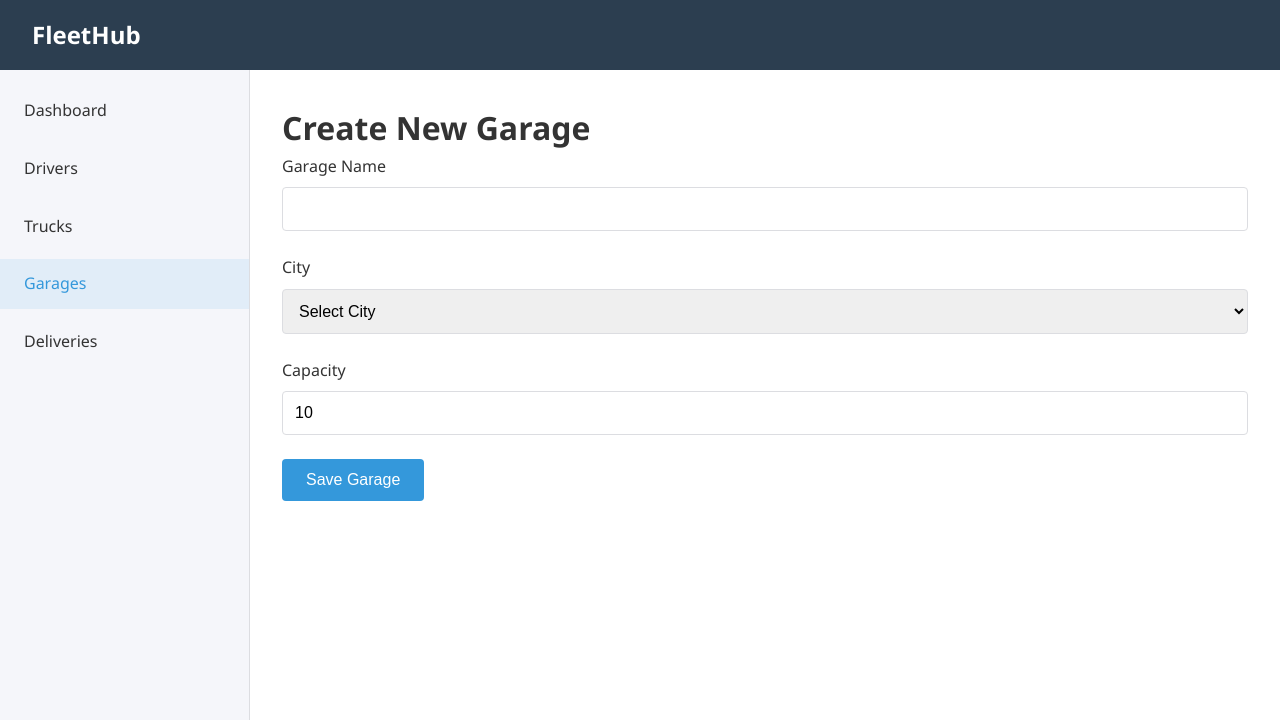
Repository: fevren2001/fleethub
Page: /garages/create (app in fleethub-frontend/)
These files come from the project's save history. The page is drawn as it stood at one moment and after the next save; the edit follows.
The browser window is 1280 px wide. The pictures show the whole page.
The page's requests for data from a server got no answer. The project was rebuilt for these pictures with package versions that can differ from the ones it lists, and the page was loaded fresh each time. No one was signed in, and anything a server would have sent is missing. Also part of the build but not shown: fleethub-frontend/vite.config.ts, fleethub-frontend/src/components/common/ProtectedRoute.tsx, fleethub-frontend/src/pages/Login.tsx, fleethub-frontend/src/api/deliveries.ts, fleethub-frontend/src/pages/Dashboard.tsx, fleethub-frontend/src/api/drivers.ts, fleethub-frontend/src/pages/Drivers/DriversList.tsx, fleethub-frontend/src/pages/Drivers/DriverDetail.tsx and 13 more.

Above is the page before, as saved 2025-07-21 23:16:28.

### fleethub-frontend/src/index.css
/* src/index.css */
:root {
  --primary-color: #2c3e50;
  --secondary-color: #3498db;
  --accent-color: #e74c3c;
  --text-color: #333;
  --light-bg: #f5f6fa;
  --border-color: #dcdde1;
}

* {
  margin: 0;
  padding: 0;
  box-sizing: border-box;
}

body {
  font-family: "Segoe UI", Tahoma, Geneva, Verdana, sans-serif;
  color: var(--text-color);
  line-height: 1.6;
}

/* Layout */
.app-container {
  display: flex;
  flex-direction: column;
  min-height: 100vh;
}

.navbar {
  background-color: var(--primary-color);
  color: white;
  padding: 1rem 2rem;
  display: flex;
  justify-content: space-between;
  align-items: center;
}

.navbar-brand a {
  color: white;
  font-size: 1.5rem;
  font-weight: bold;
  text-decoration: none;
}

.content-container {
  display: flex;
  flex: 1;
}

.sidebar {
  width: 250px;
  background-color: var(--light-bg);
  border-right: 1px solid var(--border-color);
  padding: 1rem 0;
}

.sidebar-menu {
  list-style: none;
}

.sidebar-menu li {
  margin-bottom: 0.5rem;
}

.sidebar-menu a {
  display: block;
  padding: 0.75rem 1.5rem;
  color: var(--text-color);
  text-decoration: none;
  transition: background-color 0.2s;
}

.sidebar-menu a:hover,
.sidebar-menu a.active {
  background-color: rgba(52, 152, 219, 0.1);
  color: var(--secondary-color);
}

.main-content {
  flex: 1;
  padding: 2rem;
  background-color: white;
}

/* Forms */
.form-group {
  margin-bottom: 1.5rem;
}

.form-group label {
  display: block;
  margin-bottom: 0.5rem;
  font-weight: 500;
}

.form-group input,
.form-group select,
.form-group textarea {
  width: 100%;
  padding: 0.75rem;
  border: 1px solid var(--border-color);
  border-radius: 4px;
  font-size: 1rem;
}

button {
  background-color: var(--secondary-color);
  color: white;
  border: none;
  padding: 0.75rem 1.5rem;
  border-radius: 4px;
  cursor: pointer;
  font-size: 1rem;
  transition: background-color 0.2s;
}

button:hover {
  background-color: #2980b9;
}

button:disabled {
  background-color: #95a5a6;
  cursor: not-allowed;
}

/* Tables */
.table-container {
  overflow-x: auto;
}

.data-table {
  width: 100%;
  border-collapse: collapse;
}

.data-table th,
.data-table td {
  padding: 0.75rem 1rem;
  text-align: left;
  border-bottom: 1px solid var(--border-color);
}

.data-table th {
  background-color: var(--light-bg);
  font-weight: 600;
}

/* Status badges */
.status-badge {
  display: inline-block;
  padding: 0.25rem 0.5rem;
  border-radius: 4px;
  font-size: 0.875rem;
  font-weight: 500;
}

.status-available {
  background-color: #2ecc71;
  color: white;
}

.status-on_delivery {
  background-color: #f39c12;
  color: white;
}

.status-off_duty {
  background-color: #95a5a6;
  color: white;
}

.status-inactive {
  background-color: #e74c3c;
  color: white;
}

/* Action buttons */
.action-button {
  display: inline-block;
  padding: 0.25rem 0.5rem;
  margin-right: 0.5rem;
  border-radius: 4px;
  text-decoration: none;
  font-size: 0.875rem;
}

.action-button.view {
  background-color: var(--secondary-color);
  color: white;
}

.action-button.edit {
  background-color: #f39c12;
  color: white;
}

/* Page header */
.page-header {
  display: flex;
  justify-content: space-between;
  align-items: center;
  margin-bottom: 2rem;
}

.add-button {
  background-color: var(--secondary-color);
  color: white;
  text-decoration: none;
  padding: 0.5rem 1rem;
  border-radius: 4px;
}

/* Login page */
.login-container {
  display: flex;
  justify-content: center;
  align-items: center;
  min-height: 100vh;
  background-color: var(--light-bg);
}

.login-form {
  background-color: white;
  padding: 2rem;
  border-radius: 8px;
  box-shadow: 0 4px 6px rgba(0, 0, 0, 0.1);
  width: 100%;
  max-width: 400px;
}

.login-form h1 {
  margin-bottom: 1.5rem;
  text-align: center;
}

.login-button {
  width: 100%;
  margin-top: 1rem;
}

/* Dashboard */
.stats-container {
  display: grid;
  grid-template-columns: repeat(auto-fill, minmax(250px, 1fr));
  gap: 1.5rem;
  margin-bottom: 2rem;
}

.stat-card {
  background-color: white;
  padding: 1.5rem;
  border-radius: 8px;
  box-shadow: 0 2px 4px rgba(0, 0, 0, 0.1);
}

.stat-card h3 {
  font-size: 1rem;
  color: #7f8c8d;
  margin-bottom: 0.5rem;
}

.stat-value {
  font-size: 2rem;
  font-weight: bold;
  color: var(--secondary-color);
}

/* Error message */
.error-message {
  background-color: #fadbd8;
  color: #c0392b;
  padding: 0.75rem;
  border-radius: 4px;
  margin-bottom: 1rem;
}

### fleethub-frontend/src/App.tsx
import React from 'react';
import { BrowserRouter, Routes, Route, Navigate } from 'react-router-dom';
import { AuthProvider } from './context/AuthContext';
import ProtectedRoute from './components/common/ProtectedRoute';

// Pages
import Login from './pages/Login';
import Dashboard from './pages/Dashboard';

// Driver Pages
import DriversList from './pages/Drivers/DriversList';
import DriverDetail from './pages/Drivers/DriverDetail';
import CreateDriver from './pages/Drivers/CreateDriver';
import DriverEdit from './pages/Drivers/DriverEdit';

// Truck Pages
import TrucksList from './pages/Trucks/TrucksList';
import TruckDetail from './pages/Trucks/TruckDetail';
import CreateTruck from './pages/Trucks/CreateTruck';
import TruckEdit from './pages/Trucks/TruckEdit';

// Garage Pages
import GaragesList from './pages/Garages/GaragesList';
import GarageDetail from './pages/Garages/GarageDetail';
import CreateGarage from './pages/Garages/CreateGarage';
import GarageEdit from './pages/Garages/GarageEdit';

// Deliveries Page
import DeliveriesList from './pages/Deliveries/DeliveriesList';

function App() {
  return (
    <AuthProvider>
      <BrowserRouter>
        <Routes>
          <Route path="/login" element={<Login />} />

          <Route path="/" element={
            <ProtectedRoute>
              <Dashboard />
            </ProtectedRoute>
          } />

          {/* Driver Routes */}
          <Route path="/drivers" element={<DriversList />} />
          <Route path="/drivers/new" element={<CreateDriver />} />
          <Route path="/drivers/:id" element={<DriverDetail />} />
          <Route path="/drivers/:id/edit" element={<DriverEdit />} />

          {/* Truck Routes */}
          <Route path="/trucks" element={<TrucksList />} />
          {/* <Route path="/trucks/create" element={<CreateTruck />} /> */}
          <Route path="/trucks/new" element={<CreateTruck />} />

          <Route path="/trucks/:id" element={<TruckDetail />} />
          <Route path="/trucks/edit/:id" element={<TruckEdit />} />

          {/* Garage Routes */}
          <Route path="/garages" element={<GaragesList />} />
          <Route path="/garages/create" element={<CreateGarage />} />
          <Route path="/garages/:id" element={<GarageDetail />} />
          <Route path="/garages/edit/:id" element={<GarageEdit />} />

          {/* Deliveries Route */}
          <Route path="/deliveries" element={<DeliveriesList />} />

          <Route path="*" element={<Navigate to="/" replace />} />
        </Routes>
      </BrowserRouter>
    </AuthProvider>
  );
}

export default App;

### fleethub-frontend/src/context/AuthContext.tsx
// src/context/AuthContext.tsx
import React, { createContext, useState, useEffect } from 'react';
import { login as apiLogin, getCurrentUser } from '../api/auth';

interface AuthContextType {
  user: any | null;
  isAuthenticated: boolean;
  isLoading: boolean;
  login: (email: string, password: string) => Promise<void>;
  logout: () => void;
}

export const AuthContext = createContext<AuthContextType>({} as AuthContextType);

export const AuthProvider: React.FC<{children: React.ReactNode}> = ({ children }) => {
  const [user, setUser] = useState<any | null>(null);
  const [isLoading, setIsLoading] = useState(true);

  useEffect(() => {
    const checkAuth = async () => {
      const token = localStorage.getItem('token');
      if (token) {
        try {
          const userData = await getCurrentUser();
          setUser(userData);
        } catch (error) {
          localStorage.removeItem('token');
        }
      }
      setIsLoading(false);
    };

    checkAuth();
  }, []);

  const login = async (email: string, password: string) => {
    setIsLoading(true);
    try {
      const { token, user } = await apiLogin({ email, password });
      localStorage.setItem('token', token);
      setUser(user);
    } finally {
      setIsLoading(false);
    }
  };

  const logout = () => {
    localStorage.removeItem('token');
    setUser(null);
  };

  return (
    <AuthContext.Provider value={{ user, isAuthenticated: !!user, isLoading, login, logout }}>
      {children}
    </AuthContext.Provider>
  );
};

### fleethub-frontend/src/pages/Garages/CreateGarage.tsx
import React, { useState } from 'react';
import { useNavigate } from 'react-router-dom';
import GarageForm from '../../components/garages/GarageForm';
import { createGarage } from '../../api/garages';
import { GarageFormData } from '../../types/garage';
import MainLayout from '../../components/common/MainLayout';

const CreateGarage: React.FC = () => {
  const navigate = useNavigate();
  const [isSubmitting, setIsSubmitting] = useState(false);
  const [error, setError] = useState<string | null>(null);

  const handleSubmit = async (data: GarageFormData) => {
    setIsSubmitting(true);
    setError(null);

    try {
      await createGarage(data);
      navigate('/garages');
    } catch (err) {
      console.error('Failed to create garage:', err);
      setError('Failed to create garage. Please try again.');
    } finally {
      setIsSubmitting(false);
    }
  };

  return (
    <MainLayout>
      <div className="create-garage-container">
        <h1>Create New Garage</h1>
        {error && <div className="error-message">{error}</div>}
        <GarageForm onSubmit={handleSubmit} isSubmitting={isSubmitting} />
      </div>
    </MainLayout>
  );
};

export default CreateGarage;

### fleethub-frontend/src/api/auth.ts
// src/api/auth.ts
import apiClient from './apiClient';

export interface LoginCredentials {
  email: string;
  password: string;
}

export interface AuthResponse {
  token: string;
  user: any;
}

export const login = async (credentials: LoginCredentials): Promise<AuthResponse> => {
  const response = await apiClient.post<AuthResponse>('/auth/login', credentials);
  return response.data;
};

export const register = async (userData: any): Promise<AuthResponse> => {
  const response = await apiClient.post<AuthResponse>('/auth/register', userData);
  return response.data;
};

export const getCurrentUser = async (): Promise<any> => {
  const response = await apiClient.get('/auth/me');
  return response.data;
};

### fleethub-frontend/src/hooks/useAuth.ts
// src/hooks/useAuth.ts
import { useContext } from 'react';
import { AuthContext } from '../context/AuthContext';

export const useAuth = () => {
  const context = useContext(AuthContext);
  if (context === undefined) {
    throw new Error('useAuth must be used within an AuthProvider');
  }
  return context;
};

### fleethub-frontend/src/components/common/MainLayout.tsx
// src/components/common/MainLayout.tsx
import React from 'react';
import Navbar from './Navbar';
import Sidebar from './Sidebar';

interface MainLayoutProps {
  children: React.ReactNode;
}

const MainLayout: React.FC<MainLayoutProps> = ({ children }) => {
  return (
    <div className="app-container">
      <Navbar />
      <div className="content-container">
        <Sidebar />
        <main className="main-content">
          {children}
        </main>
      </div>
    </div>
  );
};

export default MainLayout;

### fleethub-frontend/src/api/garages.ts
import apiClient from './apiClient';
import { Garage, CreateGaragePayload, UpdateGaragePayload } from '../types/garage';

export const getAllGarages = async (): Promise<Garage[]> => {
  const response = await apiClient.get<Garage[]>('/garages');
  return response.data;
};

export const getGarageById = async (id: string): Promise<Garage> => {
  const response = await apiClient.get<Garage>(`/garages/${id}`);
  return response.data;
};

export const createGarage = async (garageData: CreateGaragePayload): Promise<Garage> => {
  // Ensure city is set from location if not provided
  const payload = {
    ...garageData,
    city: garageData.city || garageData.location
  };
  const response = await apiClient.post<Garage>('/garages', payload);
  return response.data;
};

export const updateGarage = async (id: number, garageData: UpdateGaragePayload): Promise<Garage> => {
  const response = await apiClient.put<Garage>(`/garages/${id}`, garageData);
  return response.data;
};

export const deleteGarage = async (id: string): Promise<void> => {
  await apiClient.delete(`/garages/${id}`);
};

export const fetchGarages = getAllGarages; // Alias for compatibility

export const getSupportedCities = async (): Promise<{ name: string }[]> => {
  const response = await apiClient.get('/deliveries/cities');
  return response.data;
};

### fleethub-frontend/src/components/garages/GarageForm.tsx
import React, { useState } from 'react';
import { Garage, GarageFormData, GarageStatus } from '../../types/garage';
import { getSupportedCities } from '../../api/garages';

interface GarageFormProps {
  initialData?: Partial<Garage>;
  onSubmit: (data: GarageFormData) => void;
  isSubmitting: boolean;
}

const GarageForm: React.FC<GarageFormProps> = ({ initialData = {}, onSubmit, isSubmitting }) => {
  const [formData, setFormData] = useState<GarageFormData>({
    name: initialData.name || '',
    location: initialData.location || '',
    capacity: initialData.capacity || 10,
    status: initialData.status || 'active',
    occupancy: initialData.occupancy || 0
  });
  const [cities, setCities] = useState<{ name: string }[]>([]);
  React.useEffect(() => {
    getSupportedCities().then(setCities);
  }, []);

  const handleChange = (e: React.ChangeEvent<HTMLInputElement | HTMLSelectElement>) => {
    const { name, value, type } = e.target;

    if (name === 'capacity' || name === 'occupancy') {
      setFormData(prev => ({ ...prev, [name]: Number(value) }));
    } else {
      setFormData(prev => ({ ...prev, [name]: value }));
    }
  };

  const handleSubmit = (e: React.FormEvent) => {
    e.preventDefault();
    onSubmit(formData);
  };

  const isEditing = !!initialData.id;

  return (
    <form onSubmit={handleSubmit} className="garage-form">
      <div className="form-group">
        <label htmlFor="name">Garage Name</label>
        <input
          id="name"
          name="name"
          type="text"
          value={formData.name}
          onChange={handleChange}
          required
        />
      </div>

      <div className="form-group">
        <label htmlFor="location">City</label>
        <select
          id="location"
          name="location"
          value={formData.location}
          onChange={handleChange}
          required
        >
          <option value="">Select City</option>
          {cities.map(city => (
            <option key={city.name} value={city.name}>{city.name}</option>
          ))}
        </select>
      </div>

      <div className="form-group">
        <label htmlFor="capacity">Capacity</label>
        <input
          id="capacity"
          name="capacity"
          type="number"
          min="1"
          value={formData.capacity}
          onChange={handleChange}
          required
        />
      </div>

      {isEditing && (
        <>
          <div className="form-group">
            <label htmlFor="status">Status</label>
            <select
              id="status"
              name="status"
              value={formData.status}
              onChange={handleChange}
            >
              <option value="active">Active</option>
              <option value="inactive">Inactive</option>
              <option value="under maintenance">Under Maintenance</option>
            </select>
          </div>

          <div className="form-group">
            <label htmlFor="occupancy">Current Occupancy</label>
            <input
              id="occupancy"
              name="occupancy"
              type="number"
              min="0"
              max={formData.capacity}
              value={formData.occupancy}
              onChange={handleChange}
            />
          </div>
        </>
      )}

      <button type="submit" className="submit-button" disabled={isSubmitting}>
        {isSubmitting ? 'Saving...' : isEditing ? 'Update Garage' : 'Save Garage'}
      </button>
    </form>
  );
};

export default GarageForm;

### fleethub-frontend/src/api/apiClient.ts
// src/api/apiClient.ts
import axios from 'axios';

const apiClient = axios.create({
  baseURL: 'http://localhost:5000', // adjust to your backend URL
  headers: {
    'Content-Type': 'application/json',
  },
});

apiClient.interceptors.request.use(
  (config) => {
    const token = localStorage.getItem('token');
    if (token) {
      config.headers.Authorization = `Bearer ${token}`;
    }
    return config;
  },
  (error) => Promise.reject(error)
);

export default apiClient;

### fleethub-frontend/src/components/common/Navbar.tsx
// src/components/common/Navbar.tsx
import React from 'react';
import { Link } from 'react-router-dom';
import { useAuth } from '../../hooks/useAuth';

const Navbar: React.FC = () => {
  const { user, logout } = useAuth();

  return (
    <nav className="navbar">
      <div className="navbar-brand">
        <Link to="/">FleetHub</Link>
      </div>

      <div className="navbar-menu">
        {user && (
          <div className="user-menu">
            <span>Welcome, {user.name}</span>
            <button onClick={logout}>Logout</button>
          </div>
        )}
      </div>
    </nav>
  );
};

export default Navbar;

### fleethub-frontend/src/components/common/Sidebar.tsx
// src/components/common/Sidebar.tsx
import React from 'react';
import { NavLink } from 'react-router-dom';

const Sidebar: React.FC = () => {
  return (
    <aside className="sidebar">
      <ul className="sidebar-menu">
        <li>
          <NavLink to="/" end>Dashboard</NavLink>
        </li>
        <li>
          <NavLink to="/drivers">Drivers</NavLink>
        </li>
        <li>
          <NavLink to="/trucks">Trucks</NavLink>
        </li>
        <li>
          <NavLink to="/garages">Garages</NavLink>
        </li>
        <li>
          <NavLink to="/deliveries">Deliveries</NavLink>
        </li>
      </ul>
    </aside>
  );
};

export default Sidebar;

Loaded but not shown: fleethub-frontend/index.html (common file); fleethub-frontend/src/main.tsx (common file)

After the next save:
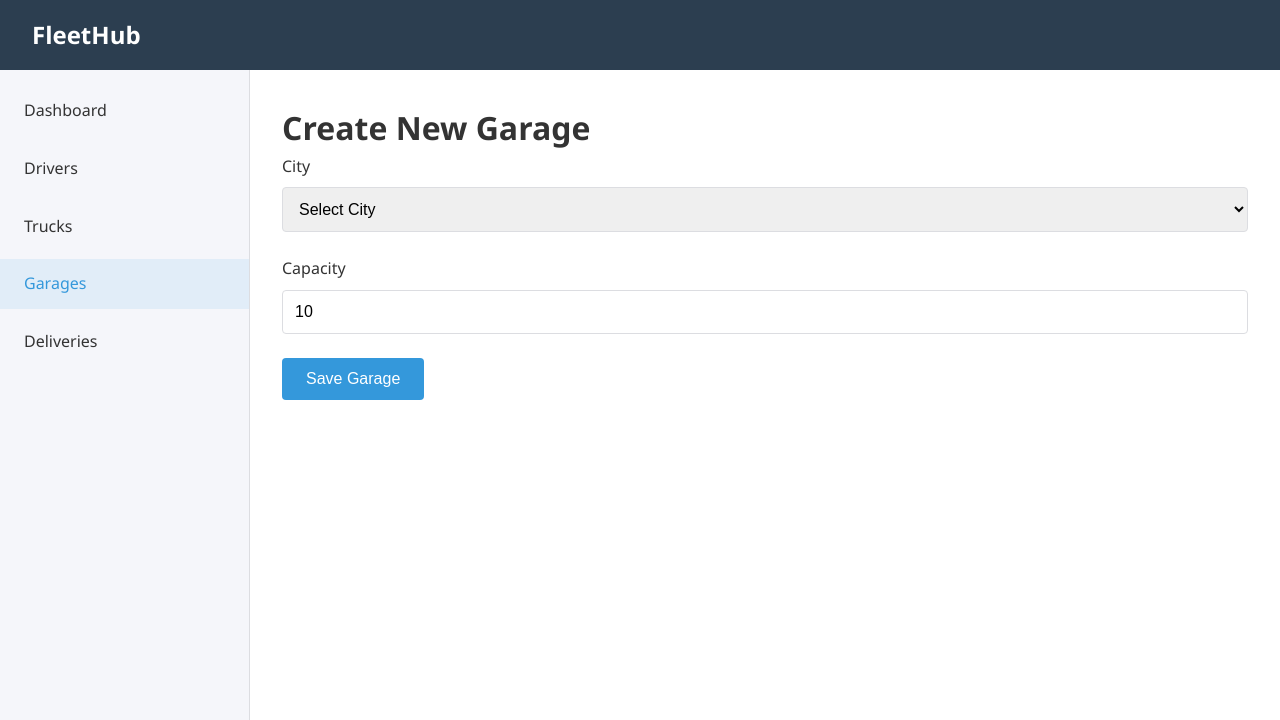
Saved 100 min 5 s later.
--- a/fleethub-frontend/src/components/garages/GarageForm.tsx
+++ b/fleethub-frontend/src/components/garages/GarageForm.tsx
@@ -10,7 +10,7 @@ interface GarageFormProps {
 
 const GarageForm: React.FC<GarageFormProps> = ({ initialData = {}, onSubmit, isSubmitting }) => {
   const [formData, setFormData] = useState<GarageFormData>({
-    name: initialData.name || '',
+    // name: initialData.name || '', // Remove name
     location: initialData.location || '',
     capacity: initialData.capacity || 10,
     status: initialData.status || 'active',
@@ -40,17 +40,7 @@ const GarageForm: React.FC<GarageFormProps> = ({ initialData = {}, onSubmit, isS
 
   return (
     <form onSubmit={handleSubmit} className="garage-form">
-      <div className="form-group">
-        <label htmlFor="name">Garage Name</label>
-        <input
-          id="name"
-          name="name"
-          type="text"
-          value={formData.name}
-          onChange={handleChange}
-          required
-        />
-      </div>
+      {/* Remove Garage Name field */}
 
       <div className="form-group">
         <label htmlFor="location">City</label>
